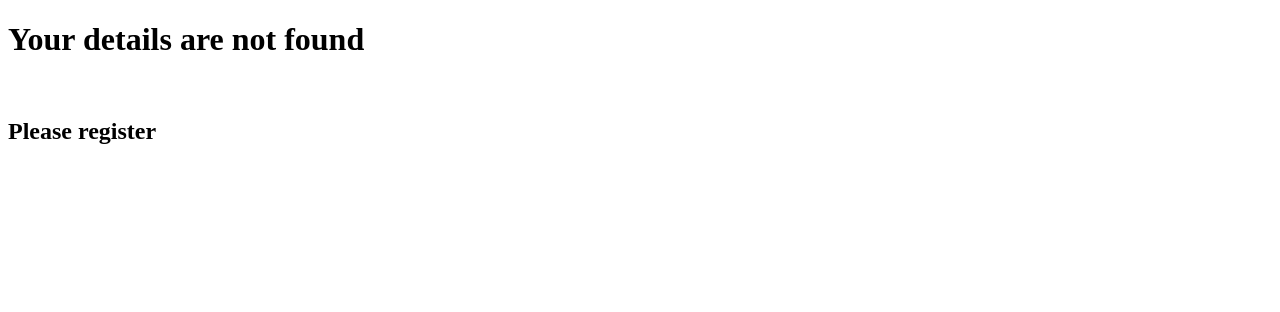
Repository: adityaram1987/git-repos
Page: http://localhost/AssignmentWebPage/validating
An editor plug-in stored every save of this project. The page is shown before and after the next save, followed by the edit.
The browser window is 1280 px wide. The pictures show the whole page.
The page is served by Tomcat 9. Other server files are loaded and not shown. Queries for data that is not in the repository find no rows.

Above is the page before, as saved 2019-07-10 12:09:48.

### eclipse-workspace/AssignmentWebPage/WebContent/register.jsp
<%@ page language="java" contentType="text/html; charset=ISO-8859-1"
    pageEncoding="ISO-8859-1"%>
<!DOCTYPE html PUBLIC "-//W3C//DTD HTML 4.01 Transitional//EN" "http://www.w3.org/TR/html4/loose.dtd">
<html>
<head>
<meta http-equiv="Content-Type" content="text/html; charset=ISO-8859-1">
<title>Insert title here</title>
</head>
<body>
<h1>Your details are not found</h1><br>
<h2>Please register</h2>
</body>
</html>

### eclipse-workspace/AssignmentWebPage/src/com/VerifyServlet.java
package com;

import java.io.IOException;

import javax.servlet.RequestDispatcher;
import javax.servlet.ServletException;
import javax.servlet.http.HttpServlet;
import javax.servlet.http.HttpServletRequest;
import javax.servlet.http.HttpServletResponse;


public class VerifyServlet extends HttpServlet {
	private static final long serialVersionUID = 1L;
	private int correctDetails=0;
	private int wrongPassword=1;
	private int noDetails=2;

    public VerifyServlet() {
        super();
    }

	protected void doGet(HttpServletRequest request, HttpServletResponse response) throws ServletException, IOException {
		String name= request.getParameter("t1");
		String pwd= request.getParameter("t2");

		//PrintWriter out= response.getWriter();
		VerifyBean vb = new VerifyBean();
		int status = vb.verify(name, pwd);
		if(status==correctDetails) {
			RequestDispatcher rd = request.getRequestDispatcher("verified.jsp");
			rd.forward(request, response);
		}
		else if(status==wrongPassword){
			RequestDispatcher rd = request.getRequestDispatcher("relogin.jsp");
			rd.forward(request, response);
		}
		else {
			RequestDispatcher rd = request.getRequestDispatcher("register.jsp");
			rd.forward(request, response);
		}
	}

	protected void doPost(HttpServletRequest request, HttpServletResponse response) throws ServletException, IOException {
		doGet(request, response);
	}

}

### eclipse-workspace/AssignmentWebPage/src/com/VerifyBean.java
package com;
import java.sql.Connection;
import java.sql.DriverManager;
import java.sql.ResultSet;
import java.sql.Statement;

public class VerifyBean {
	private String name;
	private String pswrd;
	private int correctDetails=0;
	private int wrongPassword=1;
	private int noDetails=2;
	public int verify(String name, String pswrd){
		try
		{
			this.name= name;
			this.pswrd = pswrd;
			Class.forName("com.mysql.jdbc.Driver");
			Connection con = DriverManager.getConnection("jdbc:mysql://localhost:3306/db", "root", "Sapient123");
			Statement stmt = con.createStatement();
			//stmt.executeUpdate("update emp set age= age+1");
			ResultSet rs= stmt.executeQuery("select * from loginDetails");
			while(rs.next()) {
				if(rs.getString(1).equals(name) && rs.getString(2).equals(pswrd)) {

					return correctDetails;
				}
				if(rs.getString(1).equals(name) && !rs.getString(2).equals(pswrd)) {

					return wrongPassword;
				}
			}
			rs.close();
			stmt.close();
			con.close();

			return noDetails;
		}
		catch(Exception e)
		{
			System.out.println(e);
			return wrongPassword;
		}
	}
}

After the next save:
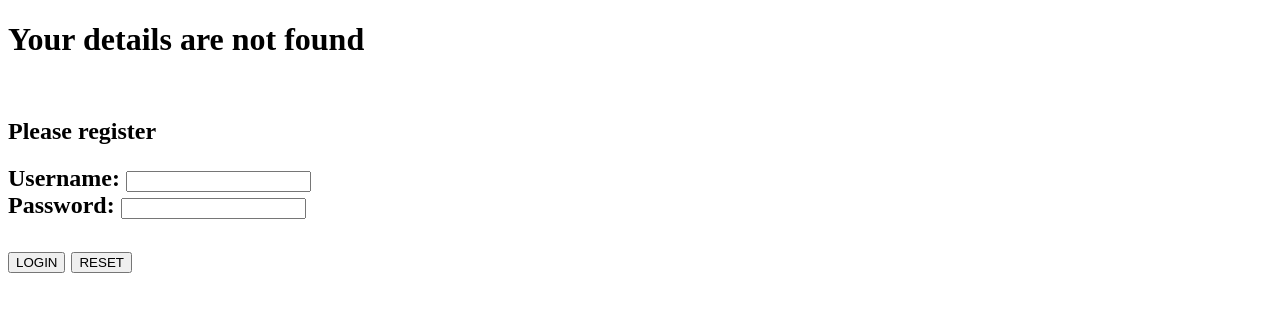
Saved 48 s later.
--- a/eclipse-workspace/AssignmentWebPage/WebContent/register.jsp
+++ b/eclipse-workspace/AssignmentWebPage/WebContent/register.jsp
@@ -9,5 +9,11 @@
 <body>
 <h1>Your details are not found</h1><br>
 <h2>Please register</h2>
+<h2>
+Username: <input type= "text" name="t1"><br>
+Password: <input type= "password" name="t2"><br><br>
+<input type="submit" name="b1" value="LOGIN">
+<input type="reset" name="b2" value="RESET">
+</h2>
 </body>
 </html>
